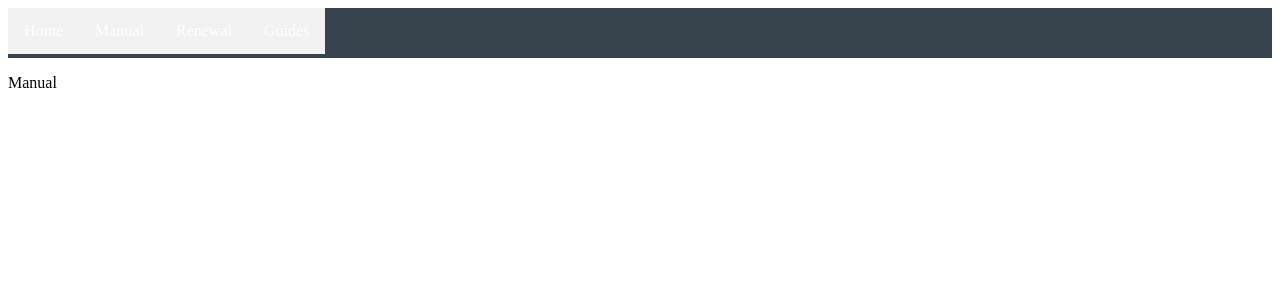
Repository: muesinga/ticketoffice-dot-info
Page: guides/manual.html
These files come from the project's save history. The page is drawn as it stood at one moment and after the next save; the edit follows.
The browser window is 1280 px wide. The pictures show the whole page.

Above is the page before, as saved 2022-06-07 14:33:09.
Console error: TypeError: Cannot read properties of null (reading 'getElementsByClassName')

After the next save:
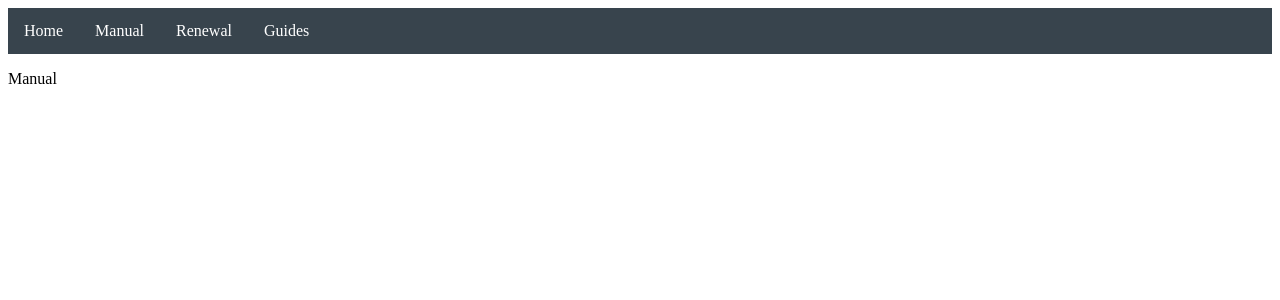
Saved 49 s later.
--- a/style/style.css
+++ b/style/style.css
@@ -1,58 +1,53 @@
-  #navlink-container {
-    list-style-type: none;
-    margin: 0;
-    padding: 0;
-    overflow: hidden;
-    background-color: #38444d;
-  }
-  .navlink {
-    border: none;
-    outline: none;
-    padding: 14px 16px;
-    background-color: #f1f1f1;
-    cursor: pointer;
-    text-decoration: none;
-    display: block;
-    color: white;
-    float: left;
-  }
+body {
+  background-color:white;
+}
+ul {
+  list-style-type: none;
+  margin: 0;
+  padding: 0;
+  overflow: hidden;
+  background-color: #38444d;
+}
 
-  .active, .navlink:hover, .dropdown:hover {
-    background-color: #666;
-    color: white;
-  }
+li {
+  float: left;
+}
 
-  .dropbtn {
-    display: inline-block;
-    color: white;
-    text-align: center;
-    padding: 14px 16px;
-    text-decoration: none;
-  }
+li a, .dropbtn {
+  display: inline-block;
+  color: white;
+  text-align: center;
+  padding: 14px 16px;
+  text-decoration: none;
+}
 
-  li.dropdown {
-    display: inline-block;
-  }
+li a:hover, .dropdown:hover .dropbtn {
+  background-color: red;
+}
 
-  .dropdown-content {
-    display: none;
-    position: absolute;
-    background-color: #f9f9f9;
-    min-width: 160px;
-    box-shadow: 0px 8px 16px 0px rgba(0,0,0,0.2);
-    z-index: 1;
-  }
+li.dropdown {
+  display: inline-block;
+}
 
-  .dropdown-content a {
-    color: black;
-    padding: 12px 16px;
-    text-decoration: none;
-    display: block;
-    text-align: left;
-  }
+.dropdown-content {
+  display: none;
+  position: absolute;
+  background-color: #f9f9f9;
+  min-width: 160px;
+  box-shadow: 0px 8px 16px 0px rgba(0,0,0,0.2);
+  z-index: 1;
+}
 
-  .dropdown-content a:hover {background-color: #f1f1f1;}
+.dropdown-content a {
+  color: black;
+  padding: 12px 16px;
+  text-decoration: none;
+  display: block;
+  text-align: left;
+}
 
-  .dropdown:hover .dropdown-content {
-    display: block;
-  }
+.dropdown-content a:hover {background-color: #f1f1f1;}
+
+.dropdown:hover .dropdown-content {
+  display: block;
+}

After the save that followed:
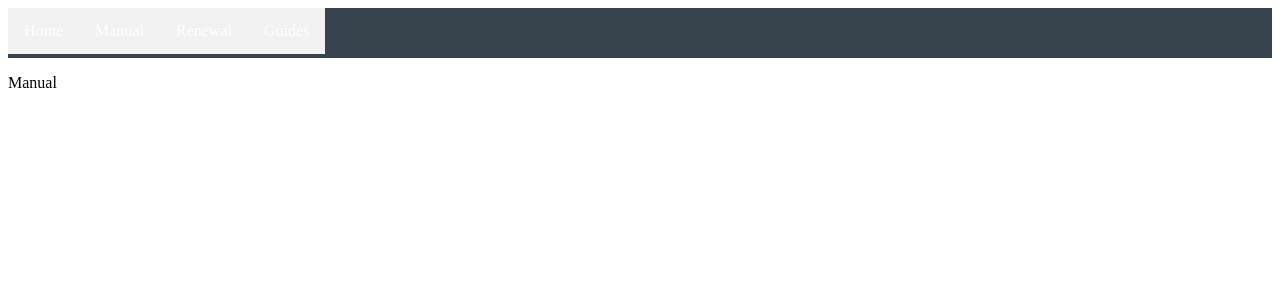
Saved 12 s later.
--- a/style/style.css
+++ b/style/style.css
@@ -1,53 +1,58 @@
-body {
-  background-color:white;
-}
-ul {
-  list-style-type: none;
-  margin: 0;
-  padding: 0;
-  overflow: hidden;
-  background-color: #38444d;
-}
+  #navlink-container {
+    list-style-type: none;
+    margin: 0;
+    padding: 0;
+    overflow: hidden;
+    background-color: #38444d;
+  }
+  .navlink {
+    border: none;
+    outline: none;
+    padding: 14px 16px;
+    background-color: #f1f1f1;
+    cursor: pointer;
+    text-decoration: none;
+    display: block;
+    color: white;
+    float: left;
+  }
 
-li {
-  float: left;
-}
+  .active, .navlink:hover, .dropdown:hover {
+    background-color: #666;
+    color: white;
+  }
 
-li a, .dropbtn {
-  display: inline-block;
-  color: white;
-  text-align: center;
-  padding: 14px 16px;
-  text-decoration: none;
-}
+  .dropbtn {
+    display: inline-block;
+    color: white;
+    text-align: center;
+    padding: 14px 16px;
+    text-decoration: none;
+  }
 
-li a:hover, .dropdown:hover .dropbtn {
-  background-color: red;
-}
+  li.dropdown {
+    display: inline-block;
+  }
 
-li.dropdown {
-  display: inline-block;
-}
+  .dropdown-content {
+    display: none;
+    position: absolute;
+    background-color: #f9f9f9;
+    min-width: 160px;
+    box-shadow: 0px 8px 16px 0px rgba(0,0,0,0.2);
+    z-index: 1;
+  }
 
-.dropdown-content {
-  display: none;
-  position: absolute;
-  background-color: #f9f9f9;
-  min-width: 160px;
-  box-shadow: 0px 8px 16px 0px rgba(0,0,0,0.2);
-  z-index: 1;
-}
+  .dropdown-content a {
+    color: black;
+    padding: 12px 16px;
+    text-decoration: none;
+    display: block;
+    text-align: left;
+  }
 
-.dropdown-content a {
-  color: black;
-  padding: 12px 16px;
-  text-decoration: none;
-  display: block;
-  text-align: left;
-}
+  .dropdown-content a:hover {background-color: #f1f1f1;}
 
-.dropdown-content a:hover {background-color: #f1f1f1;}
-
-.dropdown:hover .dropdown-content {
-  display: block;
-}
+  .dropdown:hover .dropdown-content {
+    display: block;
+  }
